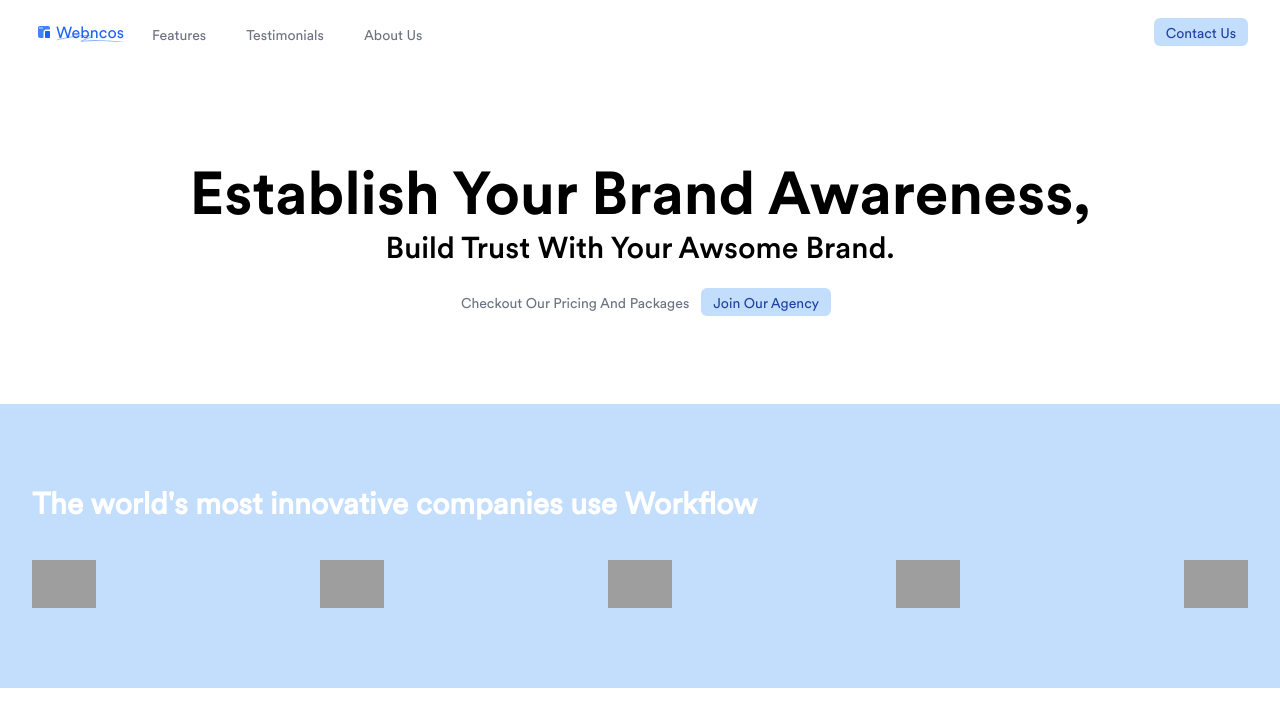
Repository: 1realjulius/webncos
Page: /
An editor plug-in stored every save of this project. The page is shown before and after the next save, followed by the edit.
The browser window is 1280 px wide. The pictures show the whole page.
Pictures or frames that could not be fetched are drawn as grey boxes. The project was rebuilt for these pictures with package versions that can differ from the ones it lists, and the page was loaded fresh each time. The framework's server and built-in components were replaced by stand-ins that run in the browser. Also part of the build but not shown: next.config.js.

Above is the page before, as saved 2022-08-26 10:53:53.

After the next save:
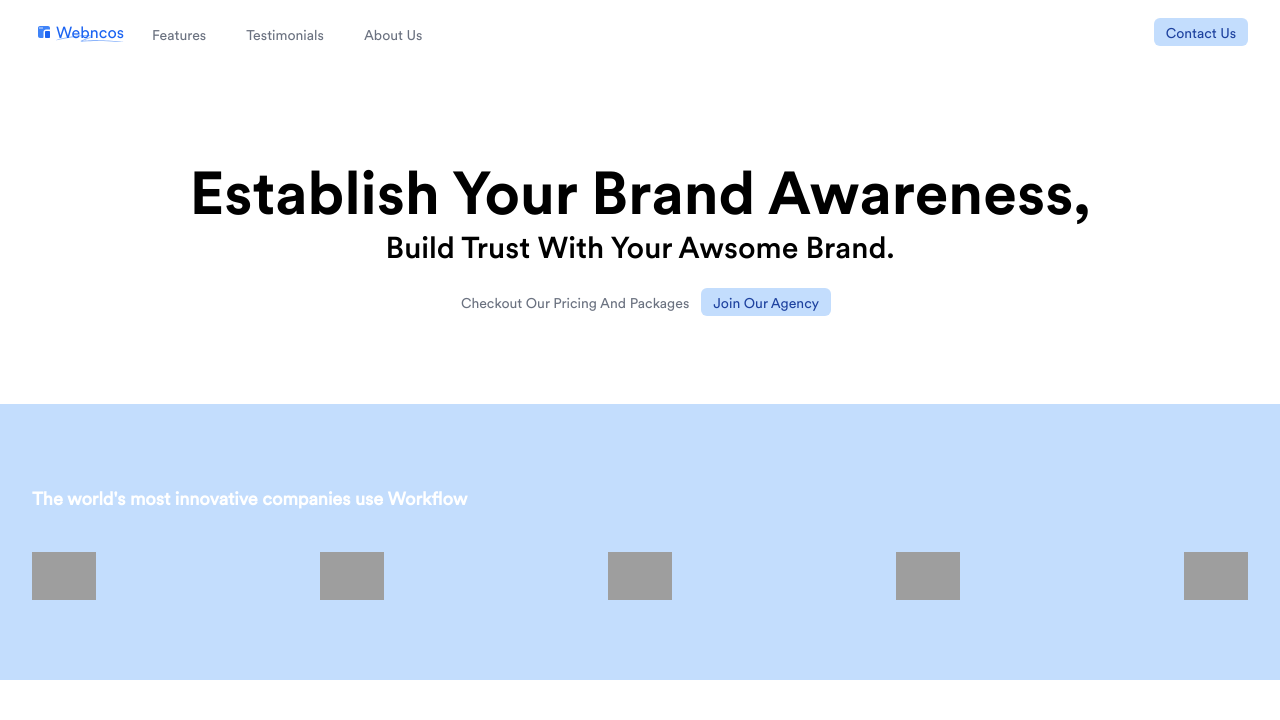
Saved 57 s later.
--- a/components/MainHome.tsx
+++ b/components/MainHome.tsx
@@ -39,7 +39,7 @@
       {/* trusted by brands */}
       <div className="bg-blue-200">
       <div className="max-w-7xl mx-auto py-16 px-4 sm:py-20 sm:px-6 lg:px-8">
-        <h2 className="text-3xl font-extrabold text-white">The world's most innovative companies use Workflow</h2>
+        <h2 className="text-lg font-extrabold text-white">The world's most innovative companies use Workflow</h2>
         <div className="flow-root mt-8 lg:mt-10">
           <div className="-mt-4 -ml-8 flex flex-wrap justify-between lg:-ml-4">
             <div className="mt-4 ml-8 flex flex-grow flex-shrink-0 lg:flex-grow-0 lg:ml-4">
